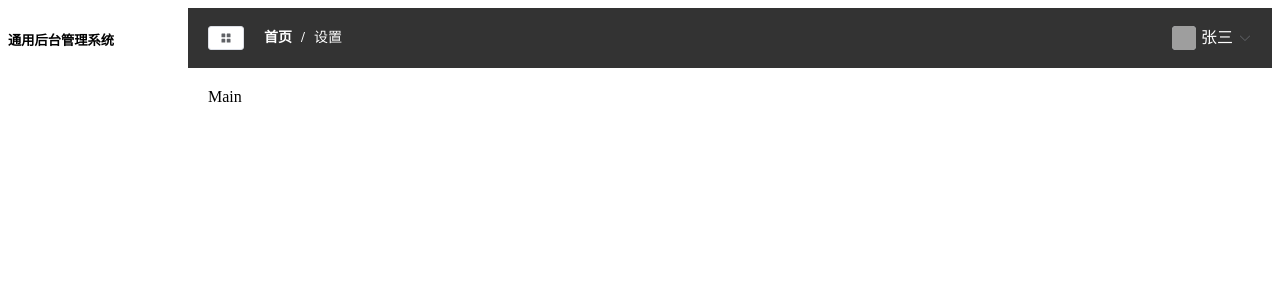
Repository: dishuibaby/vue-app
Page: /
An editor plug-in stored every save of this project. The page is shown before and after the next save, followed by the edit.
The browser window is 1280 px wide. The pictures show the whole page.
Pictures or frames that could not be fetched are drawn as grey boxes. The project was rebuilt for these pictures with package versions that can differ from the ones it lists, and the page was loaded fresh each time. Also part of the build but not shown: vite.config.js.

Above is the page before, as saved 2024-08-11 20:53:29.

### src/main.js
import { createApp } from 'vue'
import App from './App.vue'
import router from './router'
import * as ElementPlusIconsVue from '@element-plus/icons-vue'

const app = createApp(App);
for (const [key, component] of Object.entries(ElementPlusIconsVue)) {
    app.component(key, component)
}

app.use(router);
app.mount('#app');

### src/components/CommonAside.vue
<template>
  <el-aside width="180px">
    <h5 class="mb-2">通用后台管理系统</h5>
    <el-menu
      active-text-color="#ffd04b"
      background-color="#545c64"
      class="el-menu-vertical-demo"
      default-active="2"
      text-color="#fff"
      @open="handleOpen"
      @close="handleClose"
    >
      <el-sub-menu
        v-for="(item, index) in menus"
        :index="item.path"
        :key="index"
      >
      <span>{{item.label}}</span>
        <!-- 判断是否存在 children 元素 -->
        <template v-if="item.children">
          <el-menu-item-group>
            <el-menu-item
              v-for="child in item.children"
              :index="child.path"
              :key="child.path"
            >
              <component class="icons" :is="child.icon" />
              <span>{{ child.label }}</span>
            </el-menu-item>
          </el-menu-item-group>
        </template>
        <!-- 如果没有 children，则渲染普通菜单项 -->
        <template v-else>
          <el-menu-item :index="item.path">
            <component class="icons" :is="item.icon" />
            <span>{{ item.label }}</span>
          </el-menu-item>
        </template>
      </el-sub-menu>
    </el-menu>
  </el-aside>
</template>
<script steup>
import { ref, computed } from "vue";
//菜单数据
const menus = [
  {
    path: "/dashboard",
    label: "仪表盘",
    icon: "el-icon-s-home",
    children: [
      {
        path: "/dashboard/overview",
        name: "overview",
        label: "概览",
        icon: "el-icon-s-data",
        url: "/dashboard/overview",
      },
      {
        path: "/dashboard/stats",
        name: "stats",
        label: "统计",
        icon: "el-icon-s-marketing",
        url: "/dashboard/stats",
      },
    ],
  },
  {
    path: "/settings",
    label: "设置",
    icon: "el-icon-s-tools",
    children: [
      {
        path: "/settings/profile",
        name: "profile",
        label: "个人设置",
        icon: "el-icon-user-solid",
        url: "/settings/profile",
      },
      {
        path: "/settings/security",
        name: "security",
        label: "安全设置",
        icon: "el-icon-lock",
        url: "/settings/security",
      },
    ],
  },
  {
    path: "/help",
    name: "help",
    label: "帮助",
    icon: "el-icon-question",
    url: "/help",
  },
];

const hasChidren = computed(() => menus.value.filters((item) => item.children));
const noChidren = computed(() => menus.value.filters((item) => !item.children));

const handleOpen = function (key, keyPath) {
 console.log(key, keyPath);
}
const handleClose = function (key, keyPath) {
 console.log(key, keyPath);
}


</script>

<style type="less" scoped>
.icons {
  width: 16px;
  height: 16px;
  margin-right: 5px;
}

.el-menu {
  border-right: none;
  h3 {
    line-height: 48px;
    color: #fff;
    text-align: center;
  }
}
</style>

### src/components/CommonHeader.vue
<template>
  <div class="header">
    <div class="header-left">
      <el-button size="small">
        <el-icon ><Menu /></el-icon>
      </el-button>
      <el-breadcrumb separator="/" class="breadcrumb">
        <el-breadcrumb-item :to="{ path: '/' }">首页</el-breadcrumb-item>
        <el-breadcrumb-item>设置</el-breadcrumb-item>
      </el-breadcrumb>
    </div>
    <div class="header-right">
      <el-dropdown>
        <span class="el-dropdown-link">
          <el-avatar shape="square" size="small" src="https://cube.elemecdn.com/3/7c/3ea6beec64369c2642b92c6726f1epng.png" />
          <el-text class="mx-1" size="large">张三</el-text>
          <el-icon class="el-icon--right">
            <arrow-down />
          </el-icon>
        </span>
        <template #dropdown>
          <el-dropdown-menu>
            <el-dropdown-item>个人中心</el-dropdown-item>
            <el-dropdown-item>退出登陆</el-dropdown-item>
          </el-dropdown-menu>
        </template>
      </el-dropdown>
    </div>
  </div>
</template>
<script >

</script>
<style lang="less" scoped>
.header{
  display: flex;
  justify-content: space-between;
  align-items: center;
  width: 100%;
  height: 100%;
  background-color: #333;
}

.header-left{
  display: flex;
  align-items: center;
  .el-button {
    margin-right: 20px;
  }
}
.breadcrumb{
  font-size: 14px;
}

.el-dropdown-link{
  display: flex;
  justify-content: space-between;
  align-items: center;
  .el-avatar{
    margin-right: 5px;
  }
  .el-text{
    color: #fff;
  }
}

:deep(.breadcrumb span) {
  color: #fff !important;
  cursor: pointer;
}
</style>

### src/router/index.js
import {createRouter, createWebHashHistory} from "vue-router";

//指定路由规则
const routes = [
    {
        path: '/',
        name: 'main',
        component: () => import('@/views/Main.vue')
    },
];

const router = createRouter({
    history: createWebHashHistory(),
    routes
});

export default router;

### src/views/Main.vue
<script setup>
import CommonAside from '@/components/CommonAside.vue'


</script>

<template>
  <div class="common-layout">
    <el-container class="lay-container">
        <common-aside />
        <el-container>
            <el-header class="el-header">
                <common-header />
            </el-header>
            <el-main>
                Main
            </el-main>
        </el-container>
    </el-container>
  </div>
</template>

<style scoped lang="less">
    .common-layout,lay-container{
        width: 100%;
        height: 100%;
        overflow: hidden;
    }
    .el-header{
        background-color: #333;

    }

</style>

Loaded but not shown: index.html (common file); src/App.vue (common file)

After the next save:
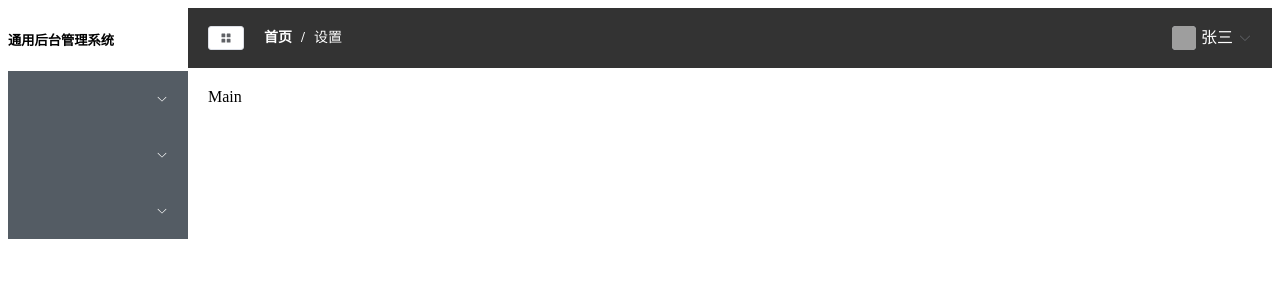
Saved 56 s later.
--- a/src/components/CommonAside.vue
+++ b/src/components/CommonAside.vue
@@ -40,72 +40,81 @@
     </el-menu>
   </el-aside>
 </template>
-<script steup>
-import { ref, computed } from "vue";
-//菜单数据
-const menus = [
-  {
-    path: "/dashboard",
-    label: "仪表盘",
-    icon: "el-icon-s-home",
-    children: [
+<script>
+import { ref } from "vue";
+
+export default {
+  setup() {
+    // 菜单数据
+    const menus = ref([
       {
-        path: "/dashboard/overview",
-        name: "overview",
-        label: "概览",
-        icon: "el-icon-s-data",
-        url: "/dashboard/overview",
+        path: "/dashboard",
+        label: "仪表盘",
+        icon: "el-icon-s-home",
+        children: [
+          {
+            path: "/dashboard/overview",
+            name: "overview",
+            label: "概览",
+            icon: "el-icon-s-data",
+            url: "/dashboard/overview",
+          },
+          {
+            path: "/dashboard/stats",
+            name: "stats",
+            label: "统计",
+            icon: "el-icon-s-marketing",
+            url: "/dashboard/stats",
+          },
+        ],
       },
       {
-        path: "/dashboard/stats",
-        name: "stats",
-        label: "统计",
-        icon: "el-icon-s-marketing",
-        url: "/dashboard/stats",
-      },
-    ],
-  },
-  {
-    path: "/settings",
-    label: "设置",
-    icon: "el-icon-s-tools",
-    children: [
-      {
-        path: "/settings/profile",
-        name: "profile",
-        label: "个人设置",
-        icon: "el-icon-user-solid",
-        url: "/settings/profile",
+        path: "/settings",
+        label: "设置",
+        icon: "el-icon-s-tools",
+        children: [
+          {
+            path: "/settings/profile",
+            name: "profile",
+            label: "个人设置",
+            icon: "el-icon-user-solid",
+            url: "/settings/profile",
+          },
+          {
+            path: "/settings/security",
+            name: "security",
+            label: "安全设置",
+            icon: "el-icon-lock",
+            url: "/settings/security",
+          },
+        ],
       },
       {
-        path: "/settings/security",
-        name: "security",
-        label: "安全设置",
-        icon: "el-icon-lock",
-        url: "/settings/security",
+        path: "/help",
+        name: "help",
+        label: "帮助",
+        icon: "el-icon-question",
+        url: "/help",
       },
-    ],
+    ]);
+
+    // 处理菜单打开的函数
+    const handleOpen = function (key, keyPath) {
+      console.log("Open:", key, keyPath);
+    };
+
+    // 处理菜单关闭的函数
+    const handleClose = function (key, keyPath) {
+      console.log("Close:", key, keyPath);
+    };
+
+    return {
+      menus,
+      handleOpen,
+      handleClose,
+    };
   },
-  {
-    path: "/help",
-    name: "help",
-    label: "帮助",
-    icon: "el-icon-question",
-    url: "/help",
-  },
-];
-
-const hasChidren = computed(() => menus.value.filters((item) => item.children));
-const noChidren = computed(() => menus.value.filters((item) => !item.children));
-
-const handleOpen = function (key, keyPath) {
- console.log(key, keyPath);
-}
-const handleClose = function (key, keyPath) {
- console.log(key, keyPath);
-}
-
-
+};
 </script>
 
 <style type="less" scoped>
